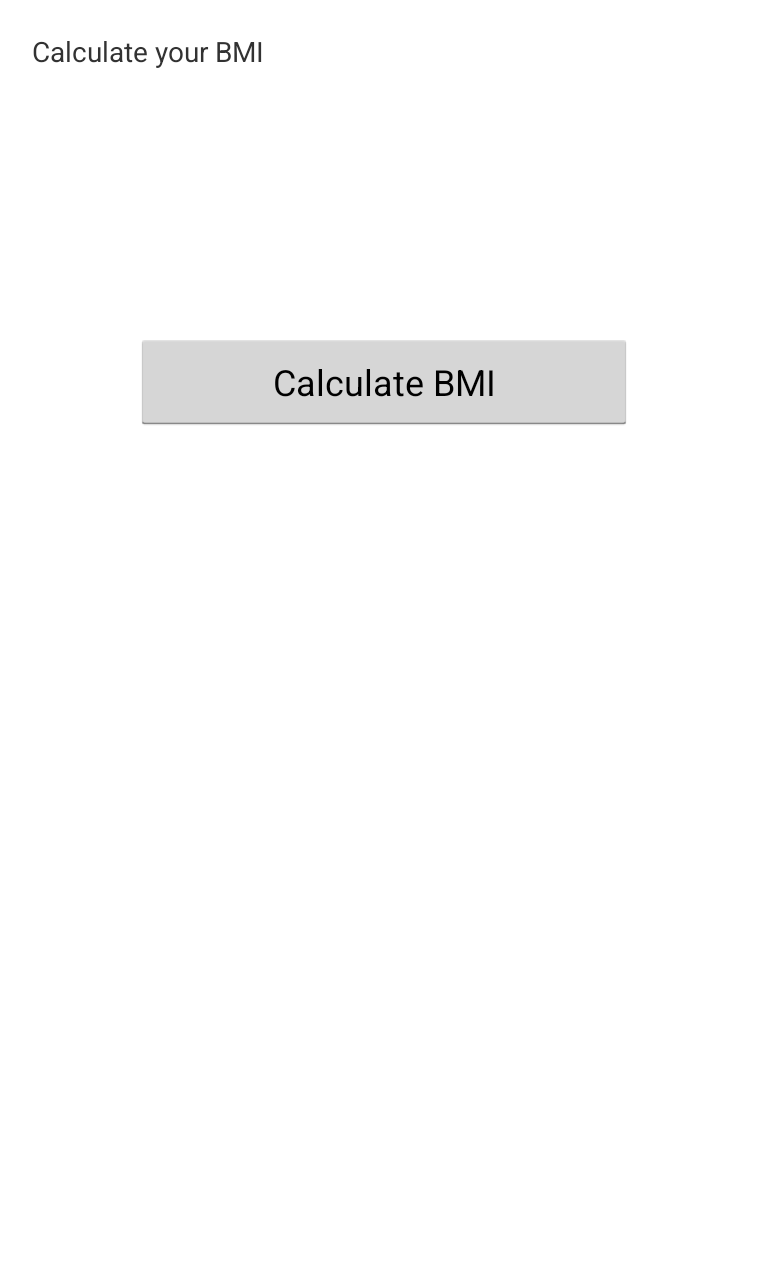
Repository: me222rs/AndroidLab1
Layout: BMI/res/layout/activity_main.xml
An editor plug-in stored every save of this project. The layout is shown before and after the next save, followed by the edit.
It is drawn on a 768 x 1280 px phone screen (xhdpi) without system bars, with theme AppTheme; the app's code is not run.

Above is the layout before, as saved 2014-11-17 10:27:16.

### BMI/res/layout/activity_main.xml
<RelativeLayout xmlns:android="http://schemas.android.com/apk/res/android"
    xmlns:tools="http://schemas.android.com/tools"
    android:layout_width="match_parent"
    android:layout_height="match_parent"
    android:paddingBottom="@dimen/activity_vertical_margin"
    android:paddingLeft="@dimen/activity_horizontal_margin"
    android:paddingRight="@dimen/activity_horizontal_margin"
    android:paddingTop="@dimen/activity_vertical_margin"
    tools:context="com.example.bmi.MainActivity" >

    <TextView
        android:layout_width="wrap_content"
        android:layout_height="wrap_content"
        android:text="Calculate your BMI" />



        <Button android:id="@+id/bmi_button"
        android:layout_centerHorizontal="true"
        android:layout_marginTop="150dp"
    	android:layout_height="50dp"
     	android:layout_width="250dp"
        android:layout_gravity="center"
        android:text="Calculate BMI" />

</RelativeLayout>

Loaded but not shown: BMI/res/values/styles.xml (common file); BMI/res/values-v11/styles.xml (common file); BMI/res/values-v14/styles.xml (common file); BMI/res/values/dimens.xml (common file); BMI/res/values-w820dp/dimens.xml (common file)

After the next save:
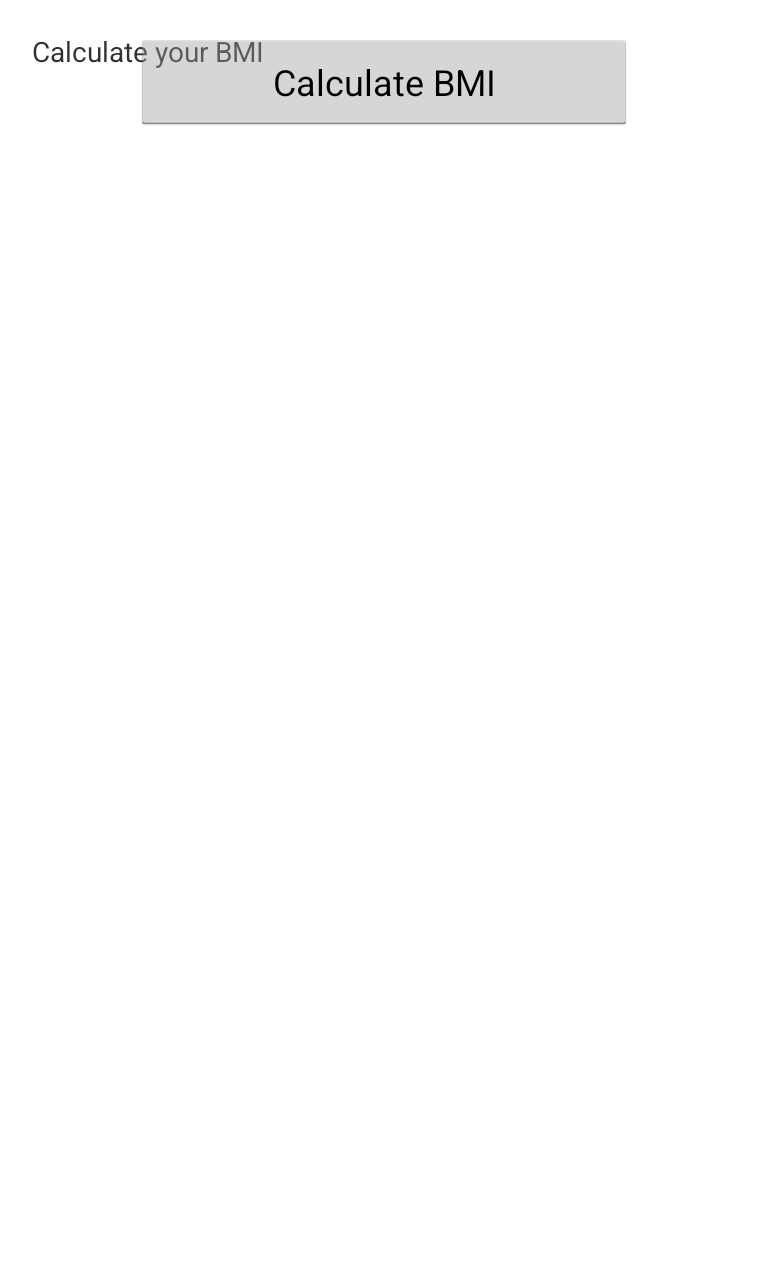
Saved 9 s later.
--- a/BMI/res/layout/activity_main.xml
+++ b/BMI/res/layout/activity_main.xml
@@ -17,7 +17,7 @@
 
         <Button android:id="@+id/bmi_button"
         android:layout_centerHorizontal="true"
-        android:layout_marginTop="150dp"
+        android:layout_marginBottom="15dp"
     	android:layout_height="50dp"
      	android:layout_width="250dp"
         android:layout_gravity="center"
